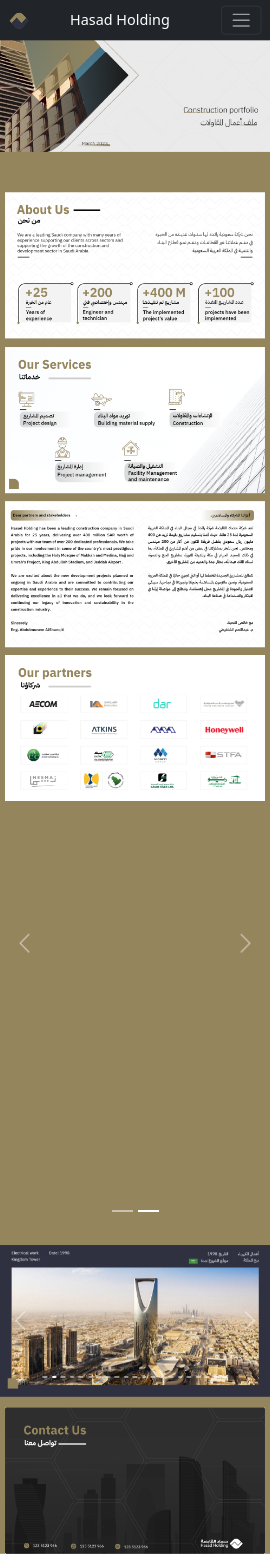
Repository: shahzaibrehman123/hasad-holding
Page: /
These files come from the project's save history. The page is drawn as it stood at one moment and after the next save; the edit follows.
The browser window is 375 px wide. The pictures show the whole page, at 72% of full size.
The project was rebuilt for these pictures with package versions that can differ from the ones it lists, and the page was loaded fresh each time.

Above is the page before, as saved 2023-11-07 18:38:23.

### public/index.html
<!DOCTYPE html>
<html lang="en">
  <head>
    <meta charset="utf-8" />
    <link rel="icon" href="%PUBLIC_URL%/logo.png" />
    <meta name="viewport" content="width=device-width, initial-scale=1" />
    <meta name="theme-color" content="#000000" />
    <meta
      name="description"
      content="A Project Build on React"
    />
    <link rel="apple-touch-icon" href="%PUBLIC_URL%/logo192.png" />
    <!--
      manifest.json provides metadata used when your web app is installed on a
      user's mobile device or desktop. See https://developers.google.com/web/fundamentals/web-app-manifest/
    -->
    <link rel="manifest" href="%PUBLIC_URL%/manifest.json" />
    <!--
      Notice the use of %PUBLIC_URL% in the tags above.
      It will be replaced with the URL of the `public` folder during the build.
      Only files inside the `public` folder can be referenced from the HTML.

      Unlike "/favicon.ico" or "favicon.ico", "%PUBLIC_URL%/favicon.ico" will
      work correctly both with client-side routing and a non-root public URL.
      Learn how to configure a non-root public URL by running `npm run build`.
    -->
    <title>حصاد القابضة</title>
  </head>
  <body>
    <noscript>You need to enable JavaScript to run this app.</noscript>
    <div id="root"></div>
    <!--
      This HTML file is a template.
      If you open it directly in the browser, you will see an empty page.

      You can add webfonts, meta tags, or analytics to this file.
      The build step will place the bundled scripts into the <body> tag.

      To begin the development, run `npm start` or `yarn start`.
      To create a production bundle, use `npm run build` or `yarn build`.
    -->
  </body>
</html>

### src/App.js

import './App.css';
import 'bootstrap/dist/css/bootstrap.min.css';

import AboutUs from './components/AboutUs/AboutUs';
// import Clients from './components/Clients/Clients';
import MainPage from './components/MainPage/MainPage';
import Numbers from './components/Numbers/Numbers';
// import Partners from './components/Partners/Partners';
import Projects from './components/Projects/Projects';
import Services from './components/Services/Services';
import Contact from './components/Contact/Contact';
import Header from './components/Header/Header';
import ClientAndPartners from './components/ClientAndPartners/ClientAndPartners';

function App() {
  return (
    <div style={{ backgroundColor: '#95855c', minHeight: '100vh' }}>
    <Header/>
    <MainPage/>
    <AboutUs/>
    <Services/>
    <Numbers/>

    <ClientAndPartners/>


    {/* <Clients/> */}
    {/* <Partners/> */}


    <Projects/>
    <Contact/>
    </div>
  );
}

export default App;

### src/components/AboutUs/AboutUs.jsx
import React from "react";
import img from "./Assets/image.png";
import "./style.css"

function AboutUs() {
  return (
    <div className="about-container" id="about">
      <img
        src={img}
        className="img-responsive"
        alt="background"
      />
    </div>
  );
}

export default AboutUs;

### src/components/MainPage/MainPage.jsx
import React from 'react'
import img from "./Assets/image.png"
import "./style.css"

function MainPage() {
  return (
    <div className='main-container' id='home'>
      <img src={img} className='img-responsive' alt="background"/>
    </div>
  )
}

export default MainPage

### src/components/Numbers/Numbers.jsx
import React from "react";
import img from "./Assets/image.png";
import "./style.css"
function Numbers() {
  return (
    <div className="numbers-container">
    <img src={img} className="img-responsive" alt="background"/>
    </div>
  );
}

export default Numbers;

### src/components/Projects/Projects.jsx
import Carousel from 'react-bootstrap/Carousel';
import img1 from "./Assets/1.png"
import img2 from "./Assets/2.png"
import img3 from "./Assets/3.png"
import img4 from "./Assets/4.png"
import img5 from "./Assets/5.png"
import img6 from "./Assets/6.png"
import img7 from "./Assets/7.png"
import img8 from "./Assets/8.png"
import img9 from "./Assets/9.png"
import img10 from "./Assets/10.png"
import img11 from "./Assets/11.png"
import img12 from "./Assets/12.png"
import img13 from "./Assets/13.png"
import img14 from "./Assets/14.png"
import img15 from "./Assets/15.png"
import img16 from "./Assets/16.png"
import img17 from "./Assets/17.png"
import img18 from "./Assets/18.png"
import img19 from "./Assets/19.png"
import img20 from "./Assets/20.png"
import img21 from "./Assets/21.png"
import "./style.css";

function Projects() {
  return (
    <Carousel>
      <Carousel.Item>
        <img className="img-responsive" src={img1} alt="First slide" />
      </Carousel.Item>
      <Carousel.Item>
        <img className="img-responsive" src={img2} alt="Second slide" />
      </Carousel.Item>
      <Carousel.Item>
        <img className="img-responsive" src={img3} alt="Third slide" />
      </Carousel.Item>
      <Carousel.Item>
        <img className="img-responsive" src={img4} alt="Fourth slide" />
      </Carousel.Item>
      <Carousel.Item>
        <img className="img-responsive" src={img5} alt="Fifth slide" />
      </Carousel.Item>
      <Carousel.Item>
        <img className="img-responsive" src={img6} alt="Sixth slide" />
      </Carousel.Item>
      <Carousel.Item>
        <img className="img-responsive" src={img7} alt="Seventh slide" />
      </Carousel.Item>
      <Carousel.Item>
        <img className="img-responsive" src={img8} alt="Eighth slide" />
      </Carousel.Item>
      <Carousel.Item>
        <img className="img-responsive" src={img9} alt="Ninth slide" />
      </Carousel.Item>
      <Carousel.Item>
        <img className="img-responsive" src={img10} alt="Tenth slide" />
      </Carousel.Item>
      <Carousel.Item>
        <img className="img-responsive" src={img11} alt="Eleventh slide" />
      </Carousel.Item>
      <Carousel.Item>
        <img className="img-responsive" src={img12} alt="Twelfth slide" />
      </Carousel.Item>
      <Carousel.Item>
        <img className="img-responsive" src={img13} alt="Thirteenth slide" />
      </Carousel.Item>
      <Carousel.Item>
        <img className="img-responsive" src={img14} alt="Fourteenth slide" />
      </Carousel.Item>
      <Carousel.Item>
        <img className="img-responsive" src={img15} alt="Fifteenth slide" />
      </Carousel.Item>
      <Carousel.Item>
        <img className="img-responsive" src={img16} alt="Sixteenth slide" />
      </Carousel.Item>
      <Carousel.Item>
        <img className="img-responsive" src={img17} alt="Seventeenth slide" />
      </Carousel.Item>
      <Carousel.Item>
        <img className="img-responsive" src={img18} alt="Eighteenth slide" />
      </Carousel.Item>
      <Carousel.Item>
        <img className="img-responsive" src={img19} alt="Nineteenth slide" />
      </Carousel.Item>
      <Carousel.Item>
        <img className="img-responsive" src={img20} alt="20 slide" />
      </Carousel.Item>
      <Carousel.Item>
        <img className="img-responsive" src={img21} alt="21 slide" />
      </Carousel.Item>
    </Carousel>
  );
}

export default Projects

### src/components/Services/Services.jsx
import React from "react";
import img from "./Assets/image.png";
import "./style.css";
function Services() {
  return (
    <div className="Services-container" id="service">
      <img src={img} className="img-responsive" alt="background" />
    </div>
  );
}

export default Services;

### src/components/Contact/Contact.jsx
import React from "react";
import img from "./Assets/image.png";
import "./style.css";

function Contact() {
  return (
    <div className="contact-container" id="contact">
      <img src={img} className="img-responsive" alt="background" />
    </div>
  );
}

export default Contact;

### src/components/Header/Header.jsx
import React from "react";
import { HashLink as Link } from "react-router-hash-link";
import { BrowserRouter } from "react-router-dom";
import Container from "react-bootstrap/Container";
import Nav from "react-bootstrap/Nav";
import Navbar from "react-bootstrap/Navbar";
import logo from "../../logo.png"
import { useMediaQuery } from 'react-responsive'

function Header() {
  const isMobile = useMediaQuery({ query: '(max-width: 767px)' })
  return (
    <BrowserRouter>
      <Navbar bg="dark" data-bs-theme="dark" fixed="top" expand="lg">
        <Container>
        <img
              alt="logo"
              src={logo}
              width="30"
              height="30"
              className="d-inline-block align-top"
            />{' '}
          <Navbar.Brand href="/">Hasad Holding</Navbar.Brand>
          <Navbar.Toggle aria-controls="basic-navbar-nav" />
          <Navbar.Collapse id="basic-navbar-nav">
            <Nav className="me-auto">
              <Link to="#home" smooth className="nav-link">Home</Link>
              <Link to="#service" smooth className="nav-link">Services</Link>
              <Link to="#about" smooth className="nav-link">About us</Link>
              <Link to="#contact" smooth className="nav-link">Contact us</Link>
            </Nav>
          </Navbar.Collapse>
        </Container>
      </Navbar>
      </BrowserRouter>
  );
}

export default Header;

### src/components/ClientAndPartners/ClientAndPartners.jsx
import React from "react";
import Carousel from "react-bootstrap/Carousel";
import img1 from "../Clients/Assets/image.png"
import img2 from "../Partners/Assets/image.png"
import "./style.css"

function ClientAndPartners() {
  return (
    <Carousel className="cp-container">
      <Carousel.Item>
        <img className="img-responsive" src={img1} alt="First slide" />
      </Carousel.Item>
      <Carousel.Item>
        <img className="img-responsive" src={img2} alt="Second slide" />
      </Carousel.Item>
    </Carousel>
  );
}

export default ClientAndPartners;

### src/components/AboutUs/style.css
.about-container{
    margin:0px 7px 3% 7px;
}

.img-responsive {
    width: 100%;
    height: auto;
    object-fit: cover; /* or 'contain' depending on your needs */
  }

### src/components/MainPage/style.css
.main-container{
    margin:0px 0px 15% 0px;
    height: 100vh;
}
.img-responsive {
    width: 100%;
    height: 100%;
    object-fit: cover; /* or 'contain' depending on your needs */
}


@media screen and (max-width: 1024px) {
    .main-container{
        height: auto;
    }
  }

  @media screen and (max-width: 768px) {
    .main-container{
        height: auto;
    }
  }

  @media screen and (max-width: 480px) {
    .main-container{
        height: auto;
    }
  }

### src/components/Numbers/style.css
.numbers-container{
    margin:0px 7px 3% 7px;
}
.img-responsive {
    width: 100%;
    height: auto;
    object-fit: cover; /* or 'contain' depending on your needs */
  }

### src/components/Projects/style.css
.carousel-item {
  height: 100vh;
}

.img-responsive {
  width: 90%;
  height: 100vh;
  object-fit: cover; /* or 'contain' depending on your needs */
}

@media screen and (max-width: 1024px) {
  .img-responsive {
    width: 100%;
    height: auto;
    object-fit: cover;
  }
  .carousel-item {
    height: auto;
  }
}

@media screen and (max-width: 768px) {
  .img-responsive {
    width: 100%;
    height: auto;
    object-fit: cover;
  }
  .carousel-item {
    height: auto;
  }
}

@media screen and (max-width: 480px) {
  .img-responsive {
    width: 100%;
    height: auto;
    object-fit: cover;
  }
  .carousel-item {
    height: auto;
  }
}

### src/components/Services/style.css
.Services-container{
    margin:0px 7px 3% 7px;
}
.img-responsive {
    width: 100%;
    height: auto;
    object-fit: cover; /* or 'contain' depending on your needs */
  }

### src/components/Contact/style.css
.contact-container {
  margin:4% 7px 0px 7px;
}
.img-responsive {
  width: 100%;
  height: auto;
  object-fit: cover; /* or 'contain' depending on your needs */
}

### src/components/ClientAndPartners/style.css
.cp-container{
    display: block;
    margin:0px 7px 5% 7px;
    height: 100vh;
}
.img-responsive {
    width: 100%;
    height: 100vh;
    object-fit: cover; /* or 'contain' depending on your needs */
  }

  @media screen and (max-width: 1024px) {
    .img-responsive {
      width: 100%;
      height: auto;
      object-fit: cover;
    }
    .carousel-item {
      height: auto;
    }
  }

  @media screen and (max-width: 768px) {
    .img-responsive {
      width: 100%;
      height: auto;
      object-fit: cover;
    }
    .carousel-item {
      height: auto;
    }
  }

  @media screen and (max-width: 480px) {
    .img-responsive {
      width: 100%;
      height: auto;
      object-fit: cover;
    }
    .carousel-item {
      height: auto;
    }
  }

Loaded but not shown: src/index.js (common file); src/reportWebVitals.js (common file); src/App.css (no stored copy; drawn as an empty file); src/index.css (no stored copy; drawn as an empty file)

After the next save:
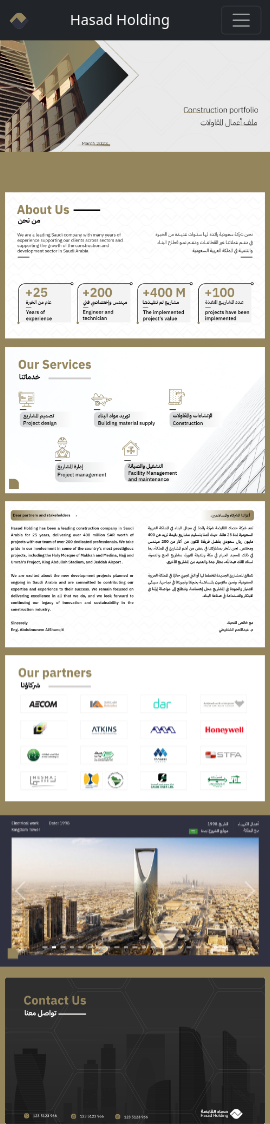
Saved 34 s later.
--- a/src/components/ClientAndPartners/style.css
+++ b/src/components/ClientAndPartners/style.css
@@ -1,43 +1,10 @@
 .cp-container{
     display: block;
     margin:0px 7px 5% 7px;
-    height: 100vh;
+    height: 100%;
 }
 .img-responsive {
     width: 100%;
-    height: 100vh;
+    height: 100%;
     object-fit: cover; /* or 'contain' depending on your needs */
   }
-
-  @media screen and (max-width: 1024px) {
-    .img-responsive {
-      width: 100%;
-      height: auto;
-      object-fit: cover;
-    }
-    .carousel-item {
-      height: auto;
-    }
-  }
-
-  @media screen and (max-width: 768px) {
-    .img-responsive {
-      width: 100%;
-      height: auto;
-      object-fit: cover;
-    }
-    .carousel-item {
-      height: auto;
-    }
-  }
-
-  @media screen and (max-width: 480px) {
-    .img-responsive {
-      width: 100%;
-      height: auto;
-      object-fit: cover;
-    }
-    .carousel-item {
-      height: auto;
-    }
-  }
